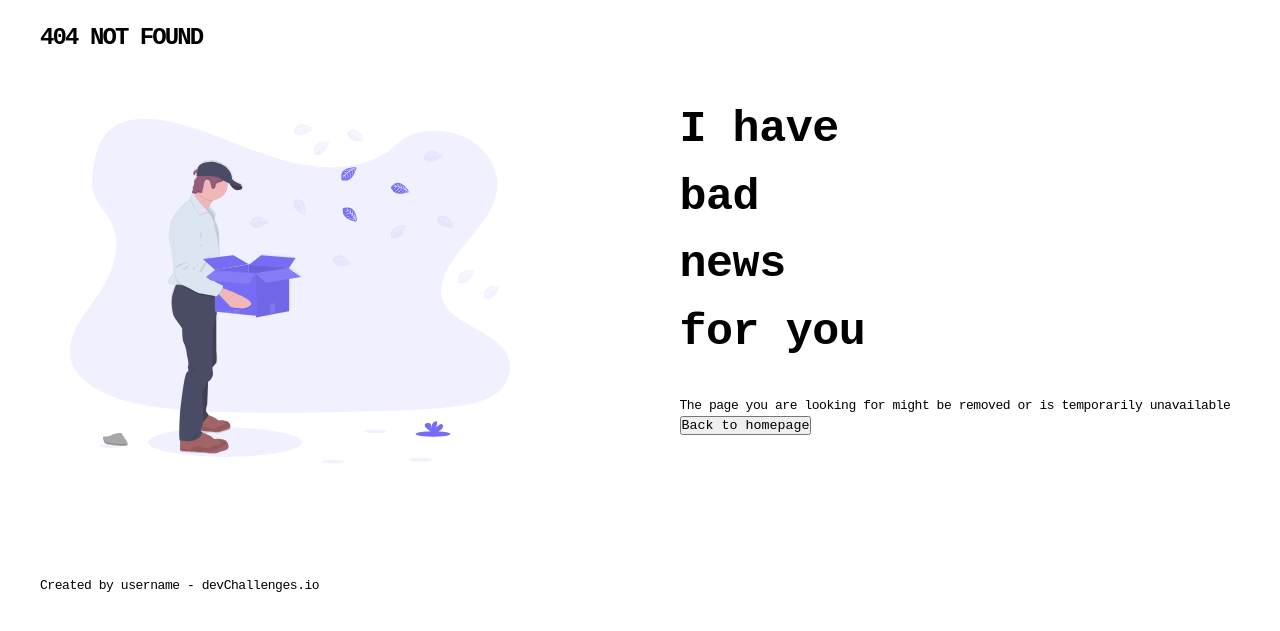
Repository: georgisenze/404-not-found-challeng
Page: index.html
These files come from the project's save history. The page is drawn as it stood at one moment and after a run of saves; the edit follows.
The browser window is 1280 px wide. The pictures show the whole page.

Above is the page before, as saved 2023-02-21 07:08:54.

### index.html
<!DOCTYPE html>
<html lang="en">
<head>
    <meta charset="UTF-8">
    <meta http-equiv="X-UA-Compatible" content="IE=edge">
    <meta name="viewport" content="width=device-width, initial-scale=1.0">
    <title>404 page not found</title>
    <link rel="stylesheet" href="assets/css/style.css">
    <link
      href="https://fonts.googleapis.com/css2?family=Poppins:wght@400;500&display=swap"
      rel="stylesheet"
    />
</head>
<body>
    <div class="main">
        <header>
            <p>404 not found</p>
        </header>

        <div class="container">
            <div class="row">
                <div class="left">
                    <img src="assets/img/404-illustration.svg" alt="">
                </div>
                <div class="rigth">
                    <div class="col-2">
                        <h1>I have bad news for  you</h1>
                    </div>
                    <div class="col-2">
                        <p>The page you are looking for might be removed or is temporarily unavailable</p>
                    </div>
                    <div class="col-2">
                        <button>Back to homepage</button>
                    </div>
                </div>
            </div>
        </div>


        <footer>
            <p>Created by <span>username</span> - devChallenges.io </p>
        </footer>
    </div>
</body>
</html>

### assets/css/style.css
*{
    margin: 0;
    padding: 0;
    font-family: monospace;
}

.main {
    grid-template-rows: auto 1fr auto;
    max-width: 1200px;
    min-height: 100vh;
    margin: 0 auto;
    padding-inline: 24px;
    line-height: 1.5;
    letter-spacing: -0.035em;
}

header p {
    text-transform: uppercase;
    font-weight: 700;
    font-size: 24px;
    padding: 20px 0;
    letter-spacing: -0.08em;
}

.container{
    display: flex;
    justify-content: center;
}

.row{
    display: flex;
    justify-content: space-around;
    height: 500px;
}

.left {
    margin-right: 150px;
}

.left img{
    width: 440px;
    height: 350px;
    float: left;
    padding: 40px 20px;
}

.rigth{
    display: flex;
    flex-direction: column;
    flex-wrap: wrap;
    align-content: space-between;

}

.col-2 h1{
    width: 200px;
    padding-top: 20px;
    font-weight: 700;
    font-size: 45px;
    margin-bottom: 30px;
}

After the next 2 saves:
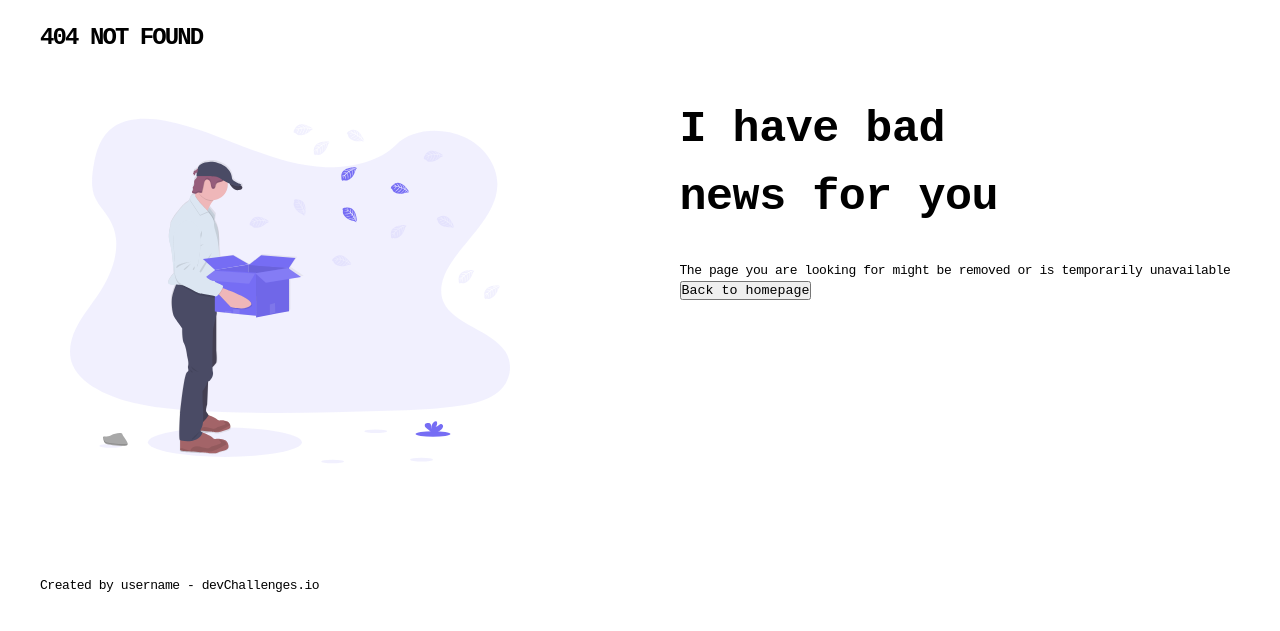
The 2 saves are shown as one change because they came seconds apart.
The last was saved 68 s later.
--- a/assets/css/style.css
+++ b/assets/css/style.css
@@ -53,7 +53,7 @@ header p {
 }
 
 .col-2 h1{
-    width: 200px;
+    width: 350px;
     padding-top: 20px;
     font-weight: 700;
     font-size: 45px;
